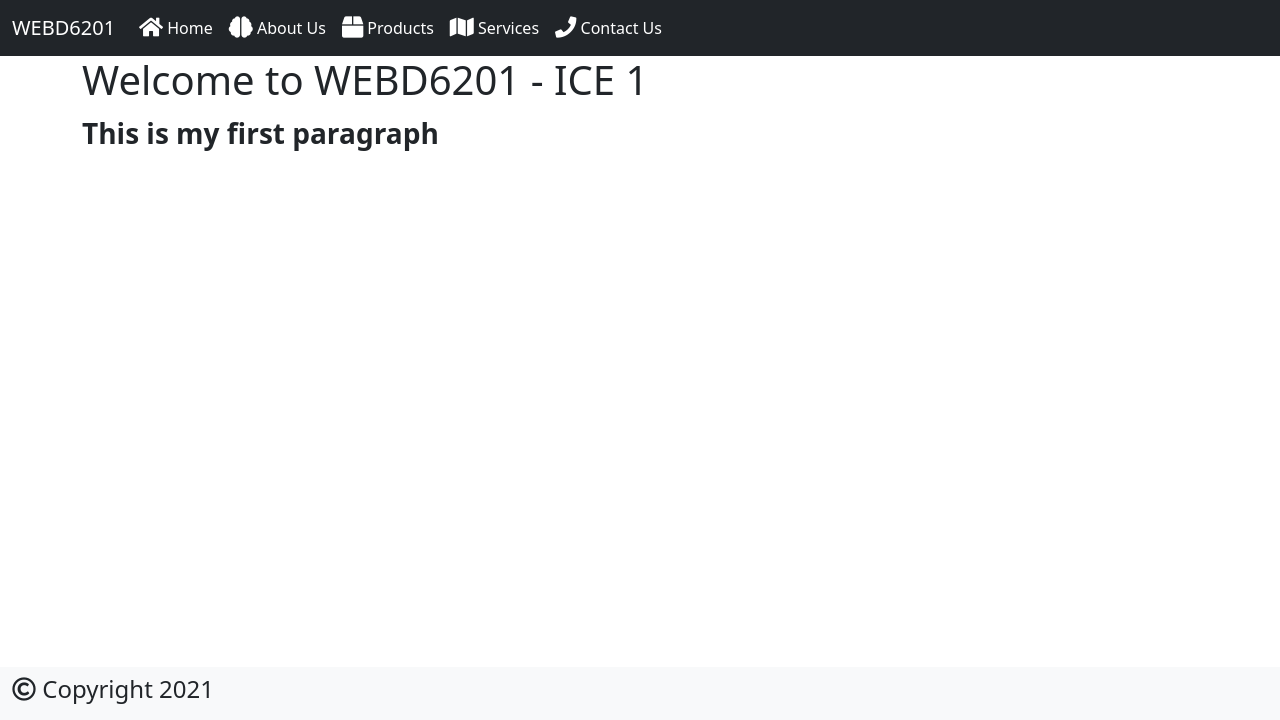
Repository: AshokSasi/WEBD6201-Week3
Page: services.html
An editor plug-in stored every save of this project. The page is shown before and after the next save, followed by the edit.
The browser window is 1280 px wide. The pictures show the whole page.

Above is the page before, as saved 2021-01-21 09:56:59.

After the next save:
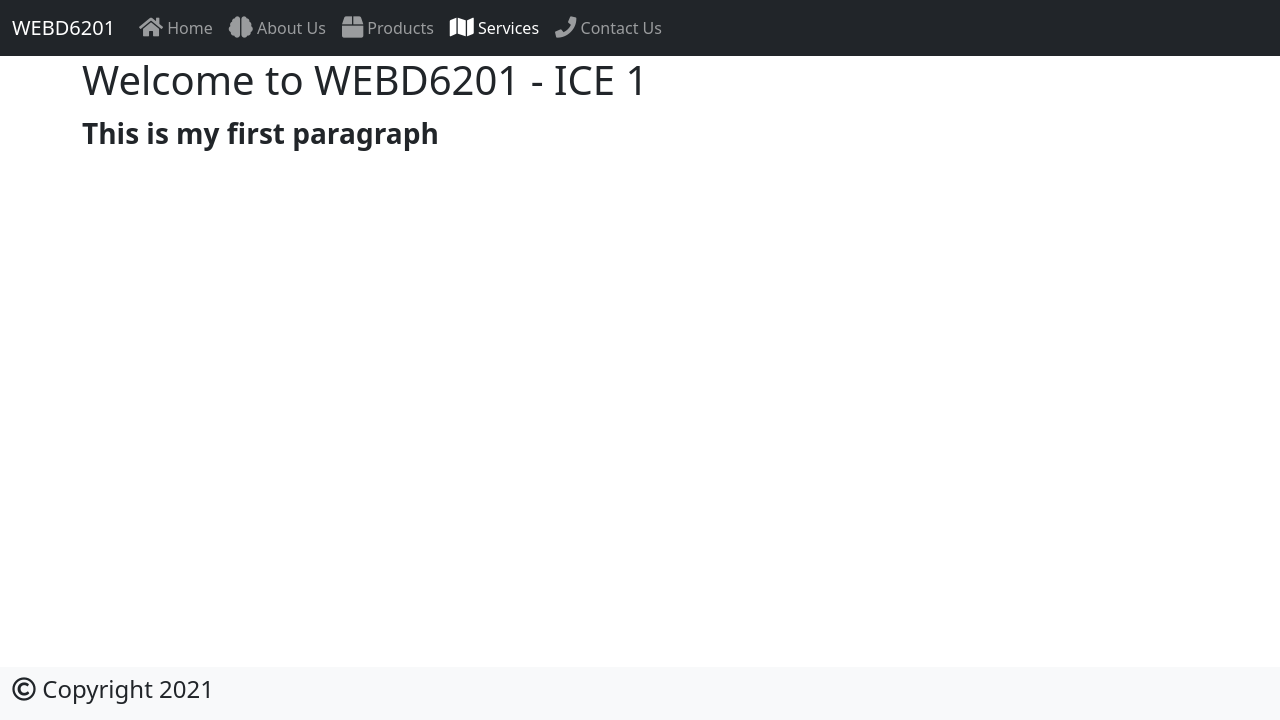
Saved 27 s later.
--- a/services.html
+++ b/services.html
@@ -3,7 +3,7 @@
 <head>
     <meta charset="UTF-8">
     <meta name="viewport" content="width=device-width, initial-scale=1.0">
-    <title>Home</title>
+    <title>Services</title>
     <!-- CSS Section-->
     <link rel="stylesheet" href="./Content/app.css">
     <link rel="stylesheet" href="./node_modules/bootstrap/dist/css/bootstrap.min.css">
@@ -22,19 +22,19 @@
               <div class="collapse navbar-collapse" id="navbarSupportedContent">
                 <ul class="navbar-nav me-auto mb-2 mb-lg-0">
                   <li class="nav-item">
-                    <a class="nav-link active" aria-current="page" href="index.html"><i class="fas fa-home fa-lg"></i> Home</a>
+                    <a class="nav-link" aria-current="page" href="index.html"><i class="fas fa-home fa-lg"></i> Home</a>
                   </li>
                   <li class="nav-item">
-                    <a class="nav-link active" aria-current="page" href="about.html"><i class="fas fa-brain fa-lg"></i> About Us</a>
+                    <a class="nav-link" aria-current="page" href="about.html"><i class="fas fa-brain fa-lg"></i> About Us</a>
                   </li>
                   <li class="nav-item">
-                    <a class="nav-link active" aria-current="page" href="products.html"><i class="fas fa-box fa-lg"></i> Products</a>
+                    <a class="nav-link" aria-current="page" href="products.html"><i class="fas fa-box fa-lg"></i> Products</a>
                   </li>
                   <li class="nav-item">
                     <a class="nav-link active" aria-current="page" href="services.html"><i class="fas fa-map fa-lg"></i> Services</a>
                   </li>
                   <li class="nav-item">
-                    <a class="nav-link active" aria-current="page" href="contact.html"><i class="fas fa-phone fa-lg"></i> Contact Us</a>
+                    <a class="nav-link" aria-current="page" href="contact.html"><i class="fas fa-phone fa-lg"></i> Contact Us</a>
                   </li>
                 </ul>
 
